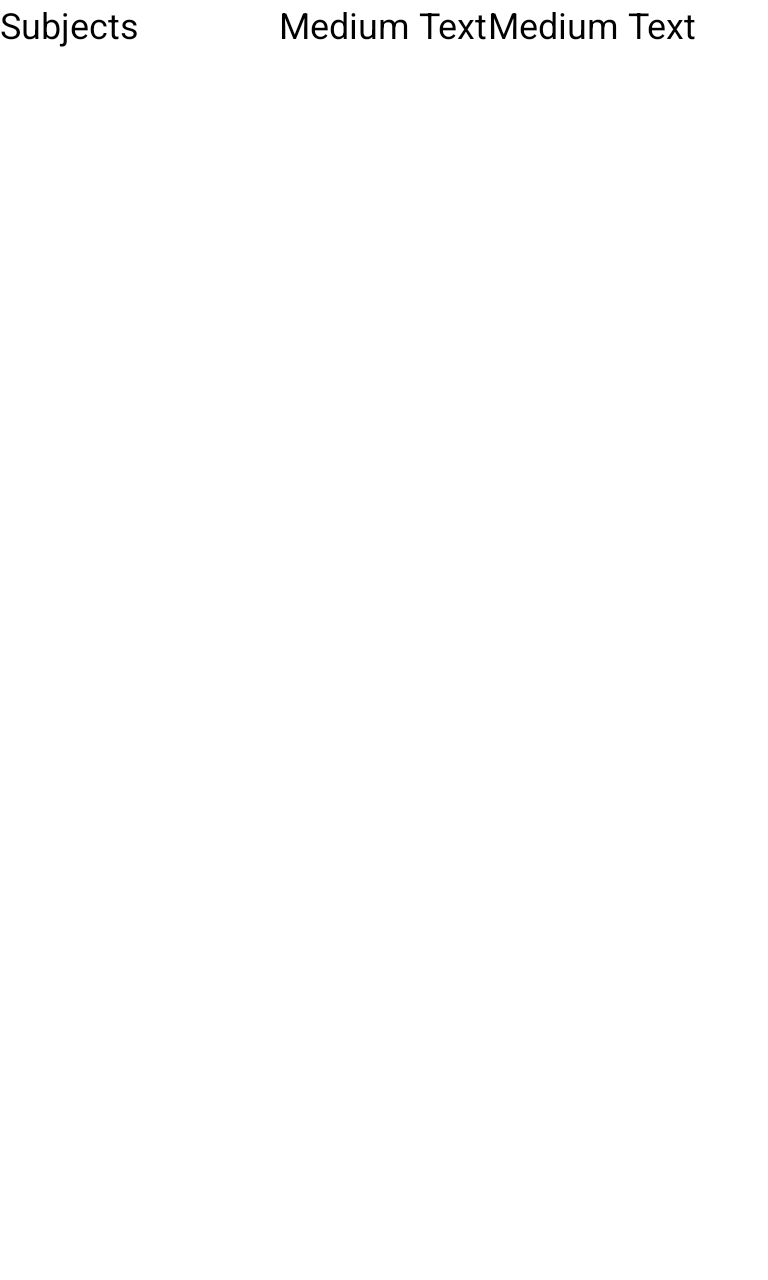
Repository: arjuntheprogrammer/iact
Layout: iact/iact android practice/mywork/ReportCard/res/layout/activity_second.xml
The author's editor kept a copy of each file at every save. The layout is drawn from the files as they stood at one save, then again after the next save.
It is drawn on a 768 x 1280 px phone screen (xhdpi) without system bars, with theme AppTheme; the app's code is not run.

Above is the layout before, as saved 2015-12-26 10:48:31.

### iact/iact android practice/mywork/ReportCard/res/layout/activity_second.xml
<?xml version="1.0" encoding="utf-8"?>
<RelativeLayout xmlns:android="http://schemas.android.com/apk/res/android"
    android:layout_width="match_parent"
    android:layout_height="match_parent" >

    <TextView
        android:id="@+id/textView1"
        android:layout_width="wrap_content"
        android:layout_height="wrap_content"
        android:layout_alignParentLeft="true"
        android:layout_alignParentTop="true"
        android:text="Subjects"
        android:textAppearance="?android:attr/textAppearanceMedium" />

    <TextView
        android:id="@+id/textView2"
        android:layout_width="wrap_content"
        android:layout_height="wrap_content"
        android:layout_alignParentTop="true"
        android:layout_centerHorizontal="true"
        android:text="Medium Text"
        android:textAppearance="?android:attr/textAppearanceMedium" />

    <TextView
        android:id="@+id/textView3"
        android:layout_width="wrap_content"
        android:layout_height="wrap_content"
        android:layout_alignParentTop="true"
        android:layout_toRightOf="@+id/textView2"
        android:text="Medium Text"
        android:textAppearance="?android:attr/textAppearanceMedium" />

</RelativeLayout>

Loaded but not shown: iact/iact android practice/mywork/ReportCard/res/values/styles.xml (common file); iact/iact android practice/mywork/ReportCard/res/values-v11/styles.xml (common file); iact/iact android practice/mywork/ReportCard/res/values-v14/styles.xml (common file)

After the next save:
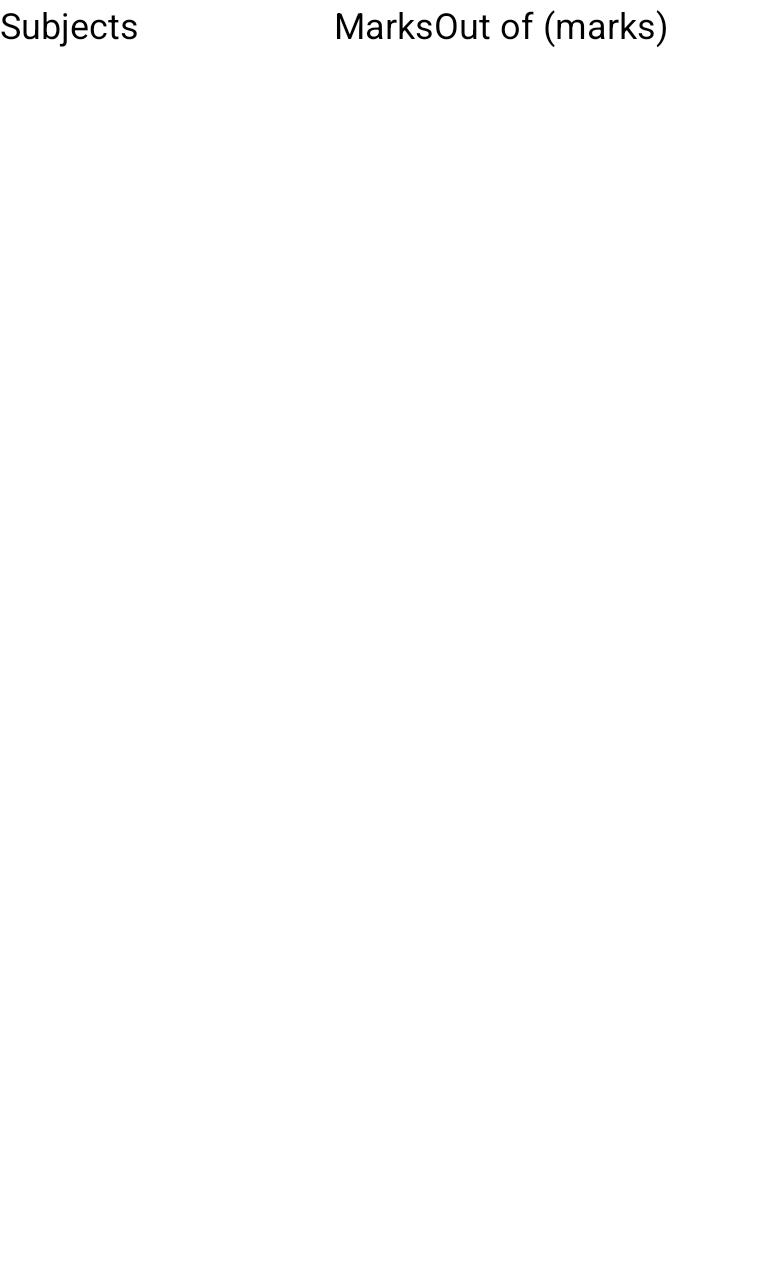
Saved 31 s later.
--- a/iact/iact android practice/mywork/ReportCard/res/layout/activity_second.xml
+++ b/iact/iact android practice/mywork/ReportCard/res/layout/activity_second.xml
@@ -18,7 +18,7 @@
         android:layout_height="wrap_content"
         android:layout_alignParentTop="true"
         android:layout_centerHorizontal="true"
-        android:text="Medium Text"
+        android:text="Marks"
         android:textAppearance="?android:attr/textAppearanceMedium" />
 
     <TextView
@@ -27,7 +27,7 @@
         android:layout_height="wrap_content"
         android:layout_alignParentTop="true"
         android:layout_toRightOf="@+id/textView2"
-        android:text="Medium Text"
+        android:text="Out of (marks)"
         android:textAppearance="?android:attr/textAppearanceMedium" />
 
 </RelativeLayout>
